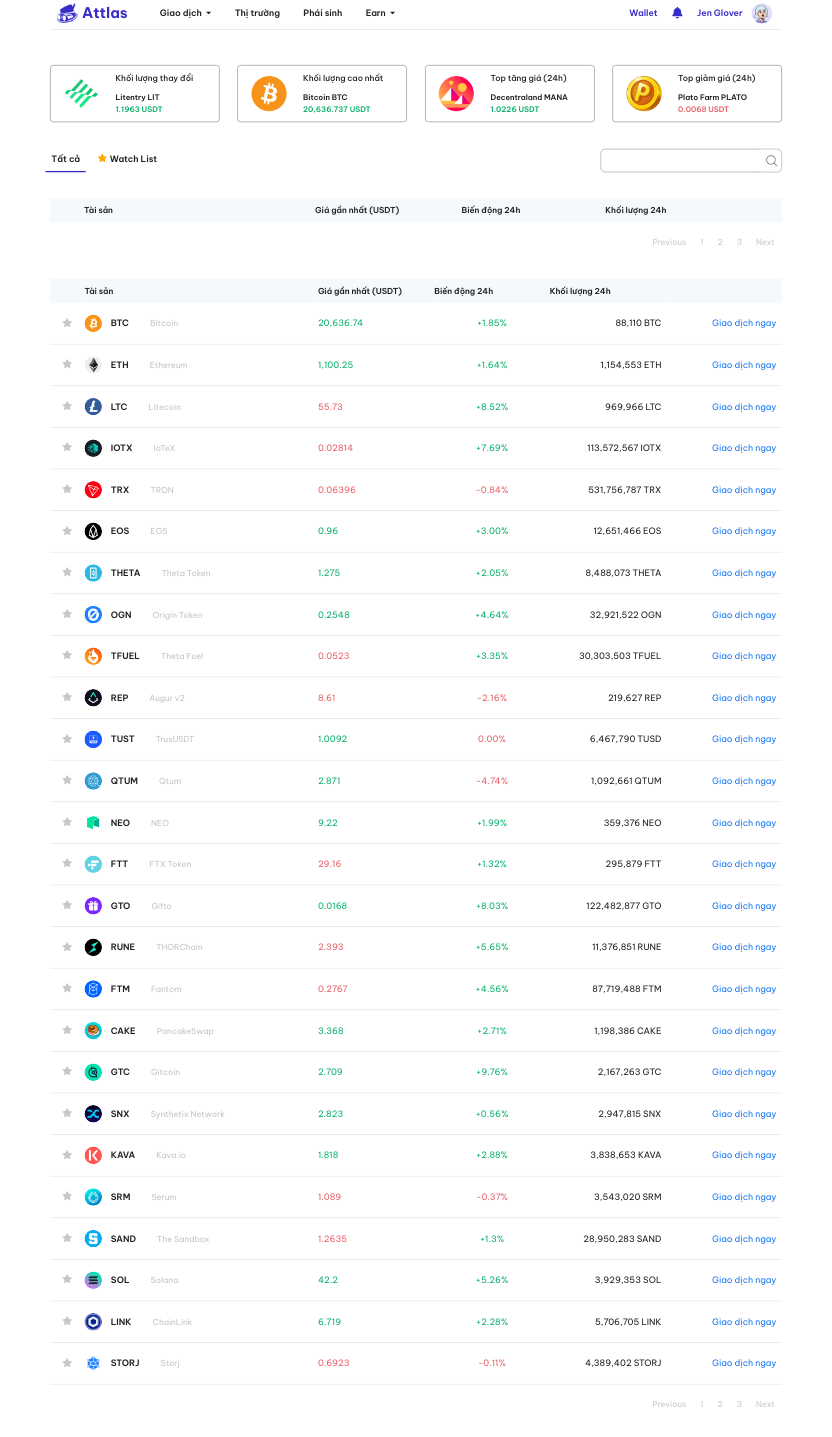
Repository: 1509Long/1509long.github.io
Page: techmaster-test/homepage.html
These files come from the project's save history. The page is drawn as it stood at one moment and after the next save; the edit follows.
The browser window is 1280 px wide. The pictures show the whole page, at 65% of full size.

Above is the page before, as saved 2022-07-19 16:53:23.

### techmaster-test/homepage.html
<!DOCTYPE html>
<html lang="en">
  <head>
    <title>Title</title>
    <!-- Required meta tags -->
    <meta charset="utf-8" />
    <meta
      name="viewport"
      content="width=device-width, initial-scale=1, shrink-to-fit=no"
    />

    <!-- Bootstrap CSS v5.2.0-beta1 -->
    <link
      rel="stylesheet"
      href="https://cdn.jsdelivr.net/npm/bootstrap@5.2.0-beta1/dist/css/bootstrap.min.css"
      integrity="sha384-0evHe/X+R7YkIZDRvuzKMRqM+OrBnVFBL6DOitfPri4tjfHxaWutUpFmBp4vmVor"
      crossorigin="anonymous"
    />
    <link
      rel="stylesheet"
      href="https://cdnjs.cloudflare.com/ajax/libs/font-awesome/5.15.3/css/all.min.css"
      integrity="sha512-iBBXm8fW90+nuLcSKlbmrPcLa0OT92xO1BIsZ+ywDWZCvqsWgccV3gFoRBv0z+8dLJgyAHIhR35VZc2oM/gI1w=="
      crossorigin="anonymous"
      referrerpolicy="no-referrer"
    />
    <script src="https://ajax.googleapis.com/ajax/libs/jquery/3.6.0/jquery.min.js"></script>

    <link rel="stylesheet" href="./homepage.css" />
    <link rel="stylesheet" href="./navbar-search.css" />
  </head>
  <body>
    <div class="container-lg">
      <nav class="navbar navbar-expand-md top-md-navbar">
        <div class="container-fluid">
          <a class="navbar-brand" href="./homepage.html">
            <div class="d-flex align-items-center attlas-logo-navbar">
              <img src="./img/header-logo.png" class="img-fluid" alt="" />
              <p>Attlas</p>
            </div>
          </a>
          <button
            class="navbar-toggler"
            type="button"
            data-bs-toggle="collapse"
            data-bs-target="#navbarNavAltMarkup"
            aria-controls="navbarNavAltMarkup"
            aria-expanded="false"
            aria-label="Toggle navigation"
          >
            <i class="fas fa-bars"></i>
          </button>

          <div class="collapse navbar-collapse" id="navbarNavAltMarkup">
            <div
              class="d-flex justify-content-between align-items-center nav-text"
            >
              <ul class="navbar-nav navbar-part1">
                <li class="nav-item dropdown">
                  <a
                    class="nav-link dropdown-toggle"
                    href="#"
                    id="navbarDropdown"
                    role="button"
                    data-bs-toggle="dropdown"
                    aria-expanded="false"
                  >
                    Giao dịch
                  </a>
                  <ul class="dropdown-menu" aria-labelledby="navbarDropdown">
                    <li><a class="dropdown-item" href="#">Spot</a></li>
                    <li>
                      <a class="dropdown-item" href="#">Ký quỹ</a>
                    </li>
                    <li>
                      <a class="dropdown-item" href="#">P2P trading</a>
                    </li>
                  </ul>
                </li>
                <li class="nav-item">
                  <a class="nav-link" href="#">Thị trường</a>
                </li>
                <li class="nav-item">
                  <a class="nav-link" href="#">Phái sinh</a>
                </li>
                <li class="nav-item dropdown">
                  <a
                    class="nav-link dropdown-toggle"
                    href="#"
                    id="navbarDropdown"
                    role="button"
                    data-bs-toggle="dropdown"
                    aria-expanded="false"
                  >
                    Earn
                  </a>
                  <ul class="dropdown-menu" aria-labelledby="navbarDropdown">
                    <li><a class="dropdown-item" href="#">Launchpad</a></li>
                    <li>
                      <a class="dropdown-item" href="#">Staking</a>
                    </li>
                    <li>
                      <a class="dropdown-item" href="#">Farming</a>
                    </li>
                  </ul>
                </li>
              </ul>

              <ul class="navbar-nav navbar-part2">
                <li class="nav-item d-flex align-items-center">
                  <a class="nav-link account-wallet" href="./wallet.html"
                    >Wallet</a
                  >
                </li>
                <li class="nav-item d-flex align-items-center">
                  <a class="nav-link" href="#"><i class="fas fa-bell"></i></a>
                </li>
                <li class="nav-item">
                  <a class="nav-link" href="#">
                    <div class="d-flex align-items-center user-account">
                      <p>Jen Glover</p>
                      <img
                        src="./img/Rectangle 356.png"
                        class="img-fluid"
                        alt=""
                      />
                    </div>
                  </a>
                </li>
              </ul>
            </div>
          </div>
        </div>
      </nav>

      <div class="top-of-the-day d-flex justify-content-between">
        <div class="d-flex align-items-center">
          <div class="token-top">
            <img src="./img/589_Yrl.png" class="img-fluid" alt="" />
          </div>
          <div class="infomation-token-of-the-day">
            <p>Khối lượng thay đổi</p>
            <p>Litentry LIT</p>
            <p class="increase">1.1963 USDT</p>
          </div>
        </div>
        <div class="d-flex align-items-center">
          <div class="token-top">
            <img src="./img/1.png" class="img-fluid" alt="" />
          </div>
          <div class="infomation-token-of-the-day">
            <p>Khối lượng cao nhất</p>
            <p>Bitcoin BTC</p>
            <p class="increase">20,636.737 USDT</p>
          </div>
        </div>
        <div class="d-flex align-items-center">
          <div class="token-top">
            <img src="./img/icon_MANA.png" class="img-fluid" alt="" />
          </div>
          <div class="infomation-token-of-the-day">
            <p>Top tăng giá (24h)</p>
            <p>Decentraland MANA</p>
            <p class="increase">1.0226 USDT</p>
          </div>
        </div>
        <div class="d-flex align-items-center">
          <div class="token-top">
            <img src="./img/icon_PLATO.png" class="img-fluid" alt="" />
          </div>
          <div class="infomation-token-of-the-day">
            <p>Top giảm giá (24h)</p>
            <p>Plato Farm PLATO</p>
            <p class="decrease">0.0068 USDT</p>
          </div>
        </div>
      </div>

      <div
        id="carousel-slider-responsive"
        class="carousel slide"
        data-bs-ride="carousel"
      >
        <div class="carousel-inner">
          <div class="carousel-item active">
            <div class="row d-flex justify-content-evenly">
              <div class="col-6 col-sm-5 col-md-4">
                <div class="carousel-top-token">
                  <div class="token-top">
                    <img src="./img/589_Yrl.png" class="img-fluid" alt="" />
                  </div>
                  <div class="infomation-token-of-the-day">
                    <p>Khối lượng thay đổi</p>
                    <p>Litentry LIT</p>
                    <p class="increase">1.1963 USDT</p>
                  </div>
                </div>
              </div>
              <div class="col-6 col-sm-5 col-md-4">
                <div class="carousel-top-token">
                  <div class="token-top">
                    <img src="./img/1.png" class="img-fluid" alt="" />
                  </div>
                  <div class="infomation-token-of-the-day">
                    <p>Khối lượng cao nhất</p>
                    <p>Bitcoin BTC</p>
                    <p class="increase">20,636.737 USDT</p>
                  </div>
                </div>
              </div>
            </div>
          </div>

          <div class="carousel-item">
            <div class="row d-flex justify-content-evenly">
              <div class="col-6 col-sm-5 col-md-4">
                <div class="carousel-top-token">
                  <div class="token-top">
                    <img src="./img/icon_MANA.png" class="img-fluid" alt="" />
                  </div>
                  <div class="infomation-token-of-the-day">
                    <p>Top tăng giá (24h)</p>
                    <p>Decentraland MANA</p>
                    <p class="increase">1.0226 USDT</p>
                  </div>
                </div>
              </div>
              <div class="col-6 col-sm-5 col-md-4">
                <div class="carousel-top-token">
                  <div class="token-top">
                    <img src="./img/icon_PLATO.png" class="img-fluid" alt="" />
                  </div>
                  <div class="infomation-token-of-the-day">
                    <p>Top giảm giá (24h)</p>
                    <p>Plato Farm PLATO</p>
                    <p class="decrease">0.0068 USDT</p>
                  </div>
                </div>
              </div>
            </div>
          </div>
        </div>
      </div>

      <div>
        <div class="row d-flex justify-content-between align-items-center">
          <ul class="nav nav-pills col-5" id="pills-tab" role="tablist">
            <li class="nav-item" role="presentation">
              <button
                class="nav-link active"
                id="pills-home-tab"
                data-bs-toggle="pill"
                data-bs-target="#pills-home"
                type="button"
                role="tab"
                aria-controls="pills-home"
                aria-selected="true"
              >
                Tất cả
              </button>
            </li>
            <li class="nav-item" role="presentation">
              <button
                class="nav-link d-flex align-items-center"
                id="pills-profile-tab"
                data-bs-toggle="pill"
                data-bs-target="#pills-profile"
                type="button"
                role="tab"
                aria-controls="pills-profile"
                aria-selected="false"
              >
                <i class="fas fa-star star-navbar"></i> Watch List
              </button>
            </li>
          </ul>

          <div class="col-5 d-flex justify-content-end search-bar-title">
            <div class="input-group has-validation search-bar">
              <input
                type="text"
                class="form-control search"
                id="validationCustomUsername"
                aria-describedby="inputGroupPrepend"
              />
              <span class="input-group-text search-icon" id="inputGroupPrepend"
                ><img src="./img/Group.png"
              /></span>
            </div>
          </div>
        </div>

        <div class="tab-content" id="pills-tabContent">
          <div
            class="tab-pane fade show active"
            id="pills-home"
            role="tabpanel"
            aria-labelledby="pills-home-tab"
            tabindex="0"
          >
          <div>
            <table id="table" class="table align-middle">
              <thead>
                <tr>
                  <th scope="col" class="line1"></th>
                  <th scope="col" class="line2">Tài sản</th>
                  <th scope="col" class="line3">Giá gần nhất (USDT)</th>
                  <th scope="col" class="line4">Biến động 24h</th>
                  <th scope="col" class="line5">Khối lượng 24h</th>
                  <th scope="col" class="line6"></th>
                </tr>
              </thead>
              <tbody></tbody>
            </table>
            <div>
              <nav aria-label="navigation">
                <ul class="pagination d-flex justify-content-end">
                  <li class="page-item">
                    <a class="page-link" href="#">Previous</a>
                  </li>
                  <li class="page-item"><a class="page-link" href="#">1</a></li>
                  <li class="page-item"><a class="page-link" href="#">2</a></li>
                  <li class="page-item"><a class="page-link" href="#">3</a></li>
                  <li class="page-item">
                    <a class="page-link" href="#">Next</a>
                  </li>
                </ul>
              </nav>
            </div>
          </div>

          <div class="table-reposive">
            <table id="table" class="table align-middle ">
              <thead>
                <tr>
                  <th scope="col"></th>
                  <th scope="col">Tài sản</th>
                  <th scope="col">Giá gần nhất (USDT)</th>
                  <th scope="col">Biến động 24h</th>
                  <th scope="col">Khối lượng 24h</th>
                  <th scope="col"></th>
                </tr>
              </thead>
              <tbody id="table-body"></tbody>
            </table>
            <div>
              <nav aria-label="navigation">
                <ul class="pagination d-flex justify-content-end">
                  <li class="page-item">
                    <a class="page-link" href="#">Previous</a>
                  </li>
                  <li class="page-item"><a class="page-link" href="#">1</a></li>
                  <li class="page-item"><a class="page-link" href="#">2</a></li>
                  <li class="page-item"><a class="page-link" href="#">3</a></li>
                  <li class="page-item">
                    <a class="page-link" href="#">Next</a>
                  </li>
                </ul>
              </nav>
            </div>
          </div>

          </div>
          <div
            class="tab-pane fade"
            id="pills-profile"
            role="tabpanel"
            aria-labelledby="pills-profile-tab"
            tabindex="0"
          ></div>
        </div>
      </div>
    </div>
    <!-- Bootstrap JavaScript Libraries -->
    <script
      src="https://cdn.jsdelivr.net/npm/@popperjs/core@2.11.5/dist/umd/popper.min.js"
      integrity="sha384-Xe+8cL9oJa6tN/veChSP7q+mnSPaj5Bcu9mPX5F5xIGE0DVittaqT5lorf0EI7Vk"
      crossorigin="anonymous"
    ></script>

    <script
      src="https://cdn.jsdelivr.net/npm/bootstrap@5.2.0-beta1/dist/js/bootstrap.min.js"
      integrity="sha384-kjU+l4N0Yf4ZOJErLsIcvOU2qSb74wXpOhqTvwVx3OElZRweTnQ6d31fXEoRD1Jy"
      crossorigin="anonymous"
    ></script>

    <script src="./file-data.js"></script>

    <script>
      var table = document.getElementById("table-body");

      function inToTable(data) {
        for (var i = 0; i < data.length; i++) {
          var infomation = data[i];
          var row = document.createElement("tr");
          var key = ["box1", "asset", "price", "change", "volumn", "link"];

          for (var j = 0; j < key.length; j++) {
            var cell = document.createElement("td");
            cell.innerHTML = infomation[key[j]];

            row.appendChild(cell);
          }
          table.appendChild(row);
        }
      }

      inToTable(informationTokenHomePage);

      var tableInfoChange = document.querySelectorAll("#table-body tr td:nth-child(4)");
      var tableInfoPrice = document.querySelectorAll("#table-body tr td:nth-child(3)");

      function putColor(data) {
        for (i = 0; i < data.length; i++) {
          tableInfoPrice[i].innerHTML = parseFloat(
            tableInfoPrice[i].textContent
          ).toLocaleString("en-US", { maximumFractionDigits: "5" });

          if (parseFloat(data[i].change) > 0) {
            tableInfoChange[i].setAttribute("class", "increase");
            tableInfoPrice[i].setAttribute("class", "increase");
          } else {
            tableInfoChange[i].setAttribute("class", "decrease");
            tableInfoPrice[i].setAttribute("class", "decrease");
          }
        }
      }

      putColor(informationTokenHomePage);

      function fillColorForPrice() {
        tableInfoPrice[2].setAttribute("class", "decrease");
        tableInfoPrice[3].setAttribute("class", "decrease");
        tableInfoPrice[8].setAttribute("class", "decrease");
        tableInfoPrice[10].setAttribute("class", "increase");
        tableInfoPrice[11].setAttribute("class", "increase");
        tableInfoPrice[13].setAttribute("class", "decrease");
        tableInfoPrice[15].setAttribute("class", "decrease");
        tableInfoPrice[16].setAttribute("class", "decrease");
        tableInfoPrice[20].setAttribute("class", "increase");
        tableInfoPrice[22].setAttribute("class", "decrease");
        tableInfoPrice[25].setAttribute("class", "decrease");
      }

      fillColorForPrice();
    </script>

    <script>
      function yellowStar(x) {
        console.log(x.classList);
        x.classList.toggle("yellow");
      }
    </script>
  </body>
</html>

Loaded but not shown: techmaster-test/file-data.js (396 lines, source omitted); techmaster-test/homepage.css (286 lines, source omitted); techmaster-test/navbar-search.css (167 lines, source omitted)

After the next save:
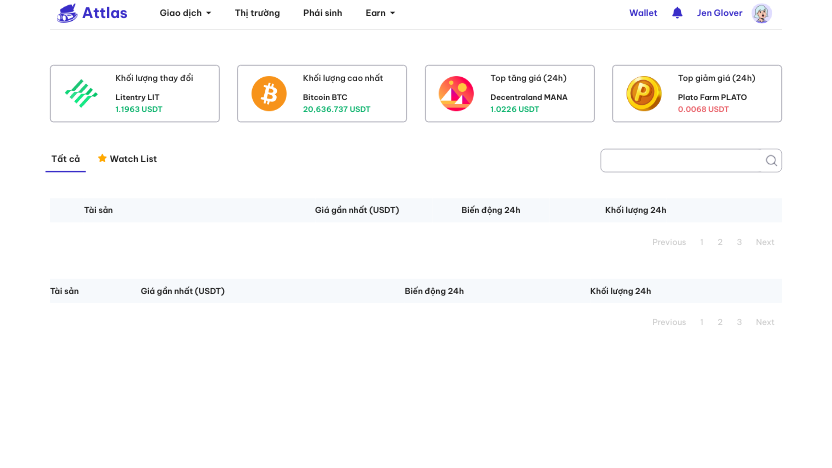
Console error: TypeError: Cannot read properties of null (reading 'appendChild')
Saved 2 min 29 s later.
--- a/techmaster-test/homepage.html
+++ b/techmaster-test/homepage.html
@@ -340,7 +340,7 @@
                   <th scope="col"></th>
                 </tr>
               </thead>
-              <tbody id="table-body"></tbody>
+              <tbody class="table-body"></tbody>
             </table>
             <div>
               <nav aria-label="navigation">

After the save that followed:
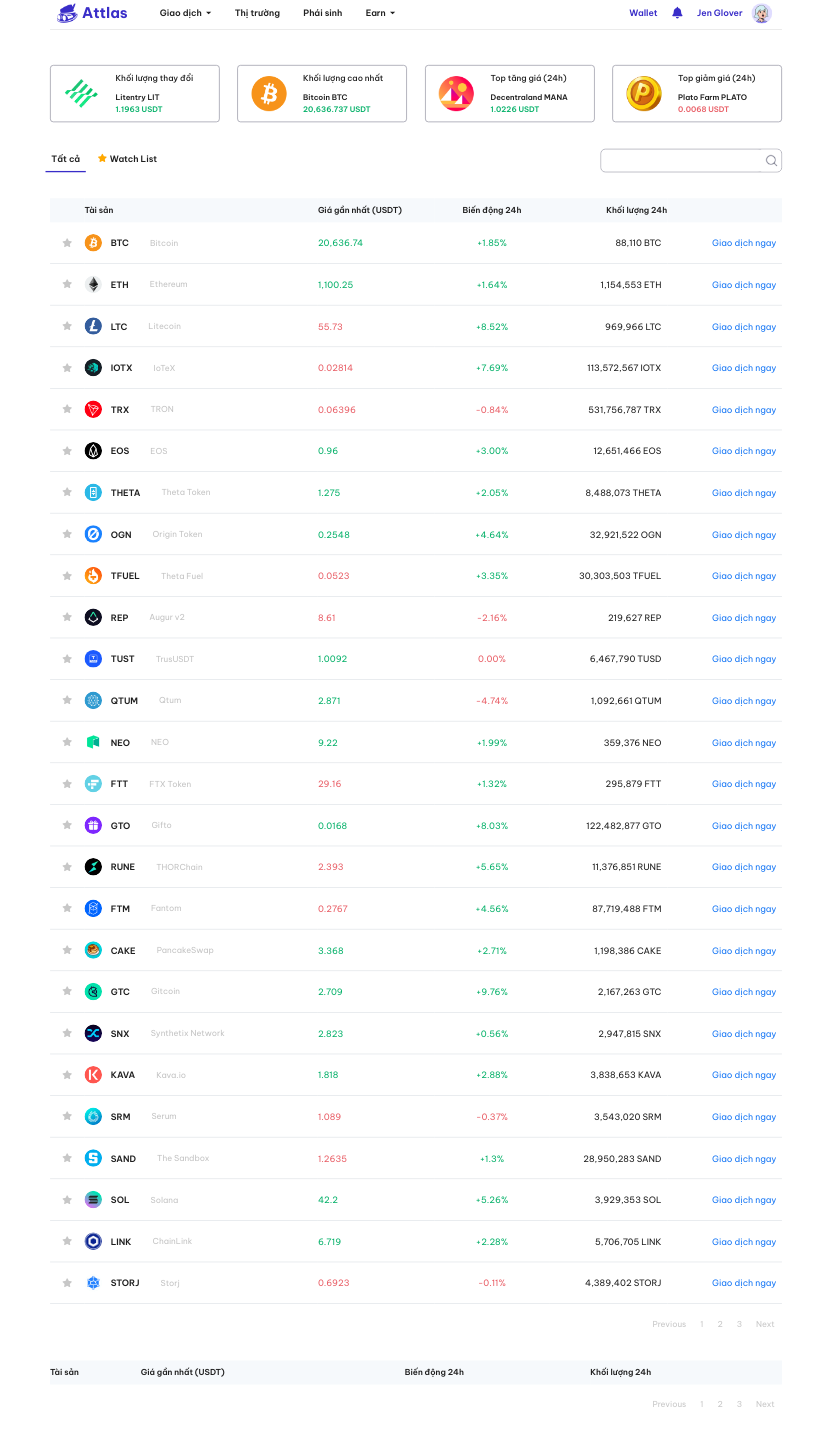
The error is gone.
Saved 58 s later.
--- a/techmaster-test/homepage.html
+++ b/techmaster-test/homepage.html
@@ -309,6 +309,37 @@
                   <th scope="col" class="line6"></th>
                 </tr>
               </thead>
+              <tbody id="table-body"></tbody>
+            </table>
+            <div>
+              <nav aria-label="navigation">
+                <ul class="pagination d-flex justify-content-end">
+                  <li class="page-item">
+                    <a class="page-link" href="#">Previous</a>
+                  </li>
+                  <li class="page-item"><a class="page-link" href="#">1</a></li>
+                  <li class="page-item"><a class="page-link" href="#">2</a></li>
+                  <li class="page-item"><a class="page-link" href="#">3</a></li>
+                  <li class="page-item">
+                    <a class="page-link" href="#">Next</a>
+                  </li>
+                </ul>
+              </nav>
+            </div>
+          </div>
+
+          <div class="table-reposive">
+            <table id="table" class="table align-middle ">
+              <thead>
+                <tr>
+                  <th scope="col"></th>
+                  <th scope="col">Tài sản</th>
+                  <th scope="col">Giá gần nhất (USDT)</th>
+                  <th scope="col">Biến động 24h</th>
+                  <th scope="col">Khối lượng 24h</th>
+                  <th scope="col"></th>
+                </tr>
+              </thead>
               <tbody></tbody>
             </table>
             <div>
@@ -328,37 +359,6 @@
             </div>
           </div>
 
-          <div class="table-reposive">
-            <table id="table" class="table align-middle ">
-              <thead>
-                <tr>
-                  <th scope="col"></th>
-                  <th scope="col">Tài sản</th>
-                  <th scope="col">Giá gần nhất (USDT)</th>
-                  <th scope="col">Biến động 24h</th>
-                  <th scope="col">Khối lượng 24h</th>
-                  <th scope="col"></th>
-                </tr>
-              </thead>
-              <tbody class="table-body"></tbody>
-            </table>
-            <div>
-              <nav aria-label="navigation">
-                <ul class="pagination d-flex justify-content-end">
-                  <li class="page-item">
-                    <a class="page-link" href="#">Previous</a>
-                  </li>
-                  <li class="page-item"><a class="page-link" href="#">1</a></li>
-                  <li class="page-item"><a class="page-link" href="#">2</a></li>
-                  <li class="page-item"><a class="page-link" href="#">3</a></li>
-                  <li class="page-item">
-                    <a class="page-link" href="#">Next</a>
-                  </li>
-                </ul>
-              </nav>
-            </div>
-          </div>
-
           </div>
           <div
             class="tab-pane fade"
